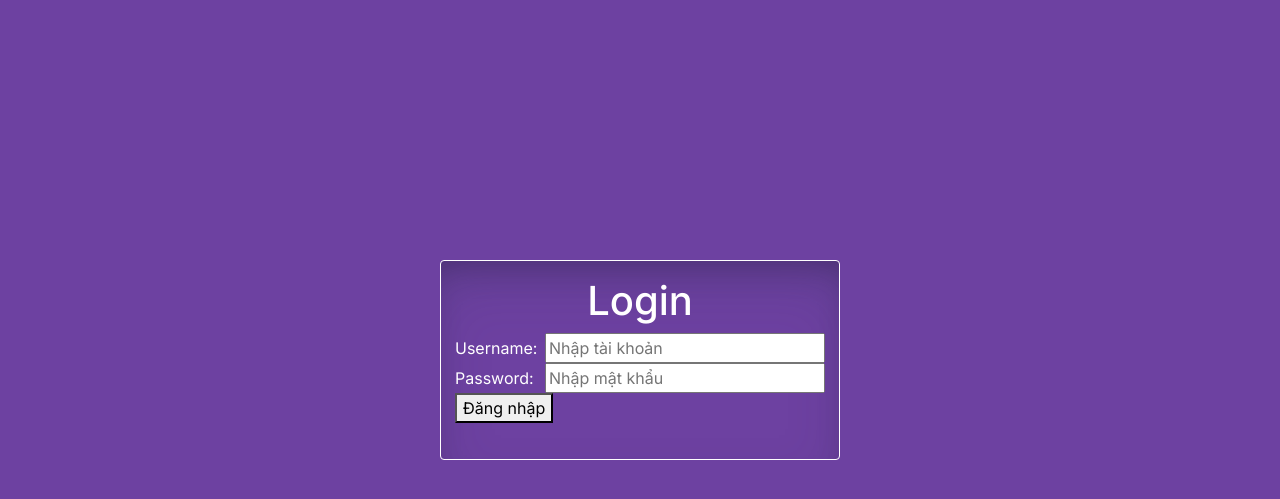
Repository: nghiakma/RFID-RFID-Attendance-System-using-ESP32-Nodejs-Reactjs-Nextjs-
Page: / (app in attendance/)
The author's editor kept a copy of each file at every save. The page is drawn from the files as they stood at one save, then again after the next save.
The browser window is 1280 px wide. The pictures show the whole page.
The page's requests for data from a server got no answer. The project was rebuilt for these pictures with package versions that can differ from the ones it lists, and the page was loaded fresh each time. The framework's server and built-in components were replaced by stand-ins that run in the browser. No one was signed in, and anything a server would have sent is missing. Also part of the build but not shown: attendance/next.config.js, attendance/src/styles/home-page.module.css, attendance/src/styles/tab-home.module.css, attendance/src/pages/api/convert-time.js, attendance/src/pages/api/networking.js, attendance/src/pages/tab-home.js, attendance/src/styles/tab-history.module.css, attendance/src/pages/tab-history.js and 6 more.

Above is the page before, as saved 2023-12-21 15:03:42.

### attendance/src/pages/index.js
import {useEffect, useState} from 'react';
import { Inter } from 'next/font/google';
import 'bootstrap/dist/css/bootstrap.min.css';
import HomePage from './home-page.js';
import Login from './login-page.js'
import { BrowserRouter as Router,Routes, Route } from 'react-router-dom'
const inter = Inter({ subsets: ['latin'] })

export default function Home() {
  const [loginSuccess, setLoginSucsess] = useState(false);
  const handleLogin = (isSuccess) => {
    setLoginSucsess(isSuccess);
  }
  useEffect(() => {
    import('bootstrap/dist/js/bootstrap.min.js');
  }, []);
  return (
    <main className={inter.className}>
      {/* <Router>
        <Routes>
          <Route path='/home' element={<HomePage />}/>
          <Route path='/login' element={<Login />}/>
        </Routes>
      </Router> */}
      {
        loginSuccess ? <HomePage/> : <Login/>
      }
    </main>
  )
}

### attendance/src/pages/login-page.js
import React from "react";
import styles from '../styles/login-page.module.css'
import { FontAwesomeIcon } from '@fortawesome/react-fontawesome'
const Login = () => {

    return (
        <div
            style={{
                backgroundColor: '#6d41a1', height: '100vh'
            }}
        >
            <div style={{
                width: '100%', height: '100%',
                display: 'flex', alignItems: 'center', justifyContent: 'center'
            }}>
                <div style={{
                    width: '400px', height: '200px', border: '1px solid white',
                    padding: '8px 14px', borderRadius: '4px', boxSizing: 'border-box',
                    boxShadow: 'rgba(50, 50, 93, 0.25) 0px 30px 60px -12px inset, rgba(0, 0, 0, 0.3) 0px 18px 36px -18px inset',

                }}>
                    <h1
                        style={{
                            textAlign: 'center', margin: '8px 0', color: 'white'
                        }}
                    >Login</h1>
                    <div style={{
                        color: 'white'
                    }}>
                        <div style={{
                            display: 'flex', alignItems: 'center'
                        }}>
                            <label style={{width: '90px'}}>Username: </label>
                            <input style={{flex: '1'}} type="email" className="form-input" placeholder="Nhập tài khoản"/>
                        </div>
                        <div style={{
                            display: 'flex', alignItems: 'center'
                        }}>
                            <label style={{width: '90px'}}>Password: </label>
                            <input style={{flex: '1' }} type="password" className="form-input" placeholder="Nhập mật khẩu"/>
                        </div>
                        <div className="login-button">
                            <button className="login-btn">Đăng nhập</button>
                        </div>
                    </div>
                </div>
            </div>
        </div>
    )
}

export default Login

After the next save:
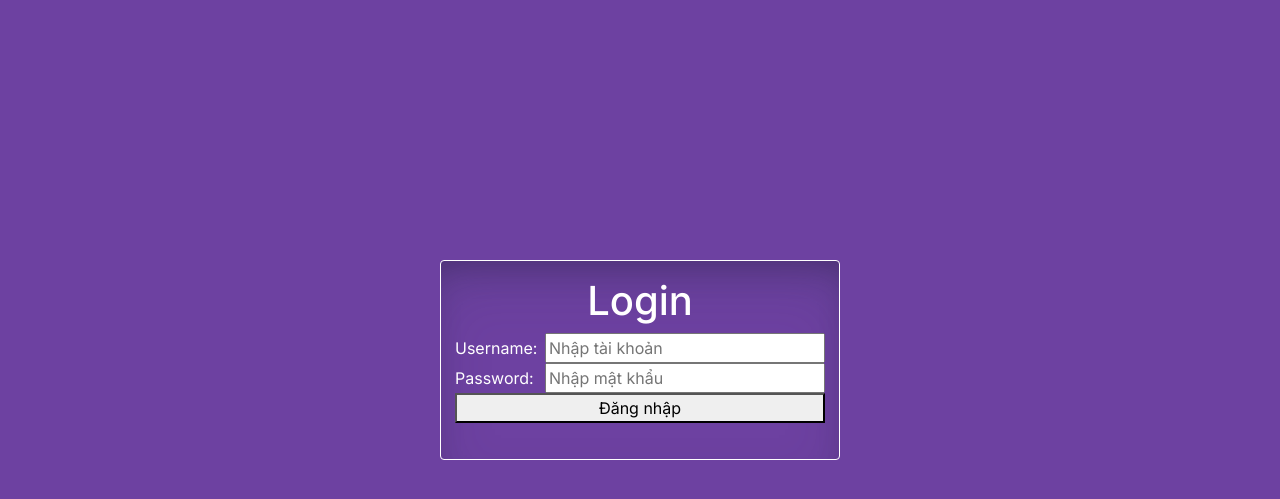
Saved 79 s later.
--- a/attendance/src/pages/login-page.js
+++ b/attendance/src/pages/login-page.js
@@ -40,7 +40,9 @@ const Login = () => {
                             <input style={{flex: '1' }} type="password" className="form-input" placeholder="Nhập mật khẩu"/>
                         </div>
                         <div className="login-button">
-                            <button className="login-btn">Đăng nhập</button>
+                            <button style={{width: '100%'}}>
+                                Đăng nhập
+                            </button>
                         </div>
                     </div>
                 </div>
